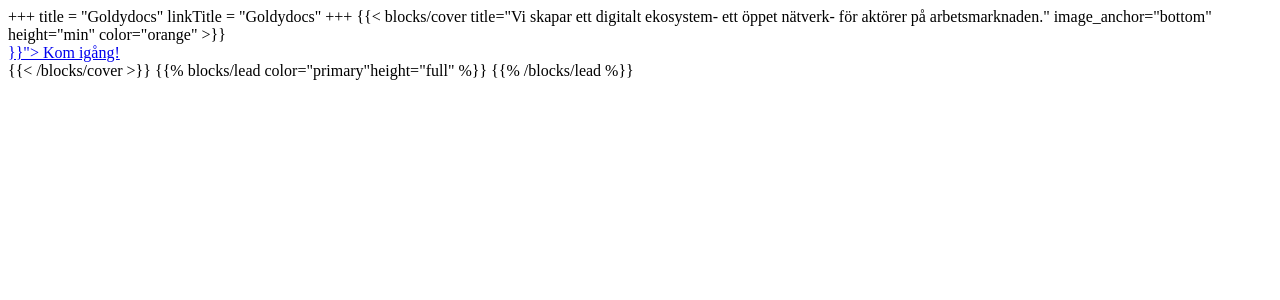
Repository: rudasn/docsy-cms-netlify
Page: content/sv/_index.html
The author's editor kept a copy of each file at every save. The page is drawn from the files as they stood at one save, then again after a run of saves.
The browser window is 1280 px wide. The pictures show the whole page.

Above is the page before, as saved 2021-05-05 08:45:20.

### content/sv/_index.html
+++
title = "Goldydocs"
linkTitle = "Goldydocs"

+++

{{< blocks/cover title="Vi skapar ett digitalt ekosystem- ett öppet nätverk- för aktörer på arbetsmarknaden." image_anchor="bottom" height="min"  color="orange" >}}
<div >
	<a class="button" href="{{< relref "/docs" >}}">
		Kom igång! <i class="fas fa-arrow-alt-circle-right ml-2"></i>
	</a>




</div>
{{< /blocks/cover >}}


{{% blocks/lead color="primary"height="full" %}}



{{% /blocks/lead %}}
<!--
	>
{{< blocks/section color="dark" >}}
{{% blocks/feature icon="fa-lightbulb" title="New chair metrics!" %}}
The Goldydocs UI now shows chair size metrics by default.

Please follow this space for updates!
{{% /blocks/feature %}}


{{% blocks/feature icon="fab fa-github" title="Contributions welcome!" url="https://github.com/google/docsy-example" %}}
We do a [Pull Request](https://github.com/google/docsy-example/pulls) contributions workflow on **GitHub**. New users are always welcome!
{{% /blocks/feature %}}


{{% blocks/feature icon="fab fa-twitter" title="Follow us on Twitter!" url="https://twitter.com/docsydocs" %}}
For announcement of latest features etc.
{{% /blocks/feature %}}


{{< /blocks/section >}}
-->

<!---
{{< blocks/section >}}
<div class="col">
<h1 class="text-center">This is the second Section</h1>
</div>

{{< /blocks/section >}}
-->


<!----
{{< blocks/section >}}
{{% blocks/feature icon="fab fa-app-store-ios" title="Download **from AppStore**" %}}
Get the Goldydocs app!
{{% /blocks/feature %}}



{{% blocks/feature icon="fab fa-github" title="Contributions welcome!" url="https://github.com/google/docsy-example" %}}
We do a [Pull Request](https://github.com/google/docsy-example/pulls) contributions workflow on **GitHub**. New users are always welcome!
{{% /blocks/feature %}}


{{% blocks/feature icon="fab fa-twitter" title="Follow us on Twitter!" url="https://twitter.com/GoHugoIO" %}}
For announcement of latest features etc.
{{% /blocks/feature %}}


{{< /blocks/section >}}
-->

<!--

{{< blocks/section >}}

<div class="col-12">
<h1 class="text-center">This is another Section</h1>
</div>

{{< /blocks/section >}}

After the next 4 saves:
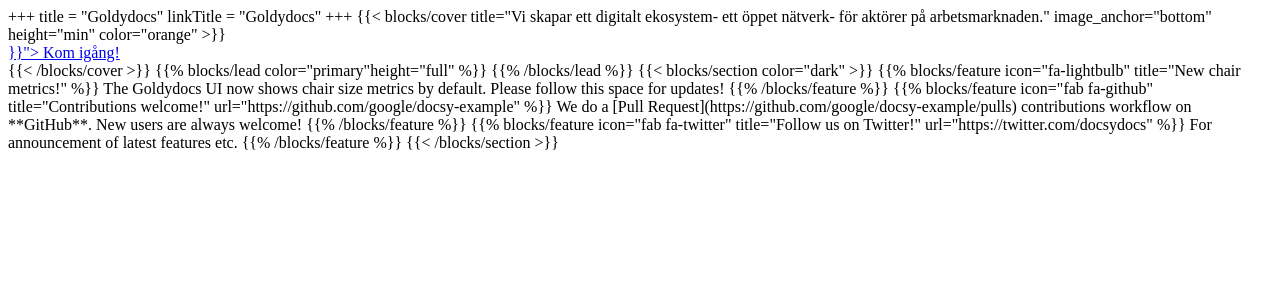
The 4 saves are shown as one change because they came seconds apart.
The last was saved 94 min 17 s later.
--- a/content/sv/_index.html
+++ b/content/sv/_index.html
@@ -22,8 +22,8 @@
 
 
 {{% /blocks/lead %}}
-<!--
-	>
+
+
 {{< blocks/section color="dark" >}}
 {{% blocks/feature icon="fa-lightbulb" title="New chair metrics!" %}}
 The Goldydocs UI now shows chair size metrics by default.
@@ -43,7 +43,7 @@
 
 
 {{< /blocks/section >}}
--->
+
 
 <!---
 {{< blocks/section >}}

After the 2 saves that followed:
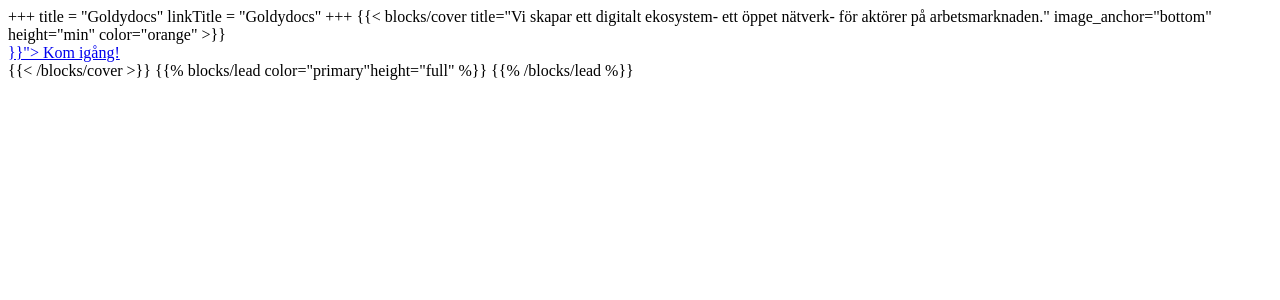
The 2 saves are shown as one change because they came seconds apart.
The last was saved 49 s later.
--- a/content/sv/_index.html
+++ b/content/sv/_index.html
@@ -22,8 +22,8 @@
 
 
 {{% /blocks/lead %}}
-
-
+<!--
+	>
 {{< blocks/section color="dark" >}}
 {{% blocks/feature icon="fa-lightbulb" title="New chair metrics!" %}}
 The Goldydocs UI now shows chair size metrics by default.
@@ -43,7 +43,7 @@
 
 
 {{< /blocks/section >}}
-
+-->
 
 <!---
 {{< blocks/section >}}
